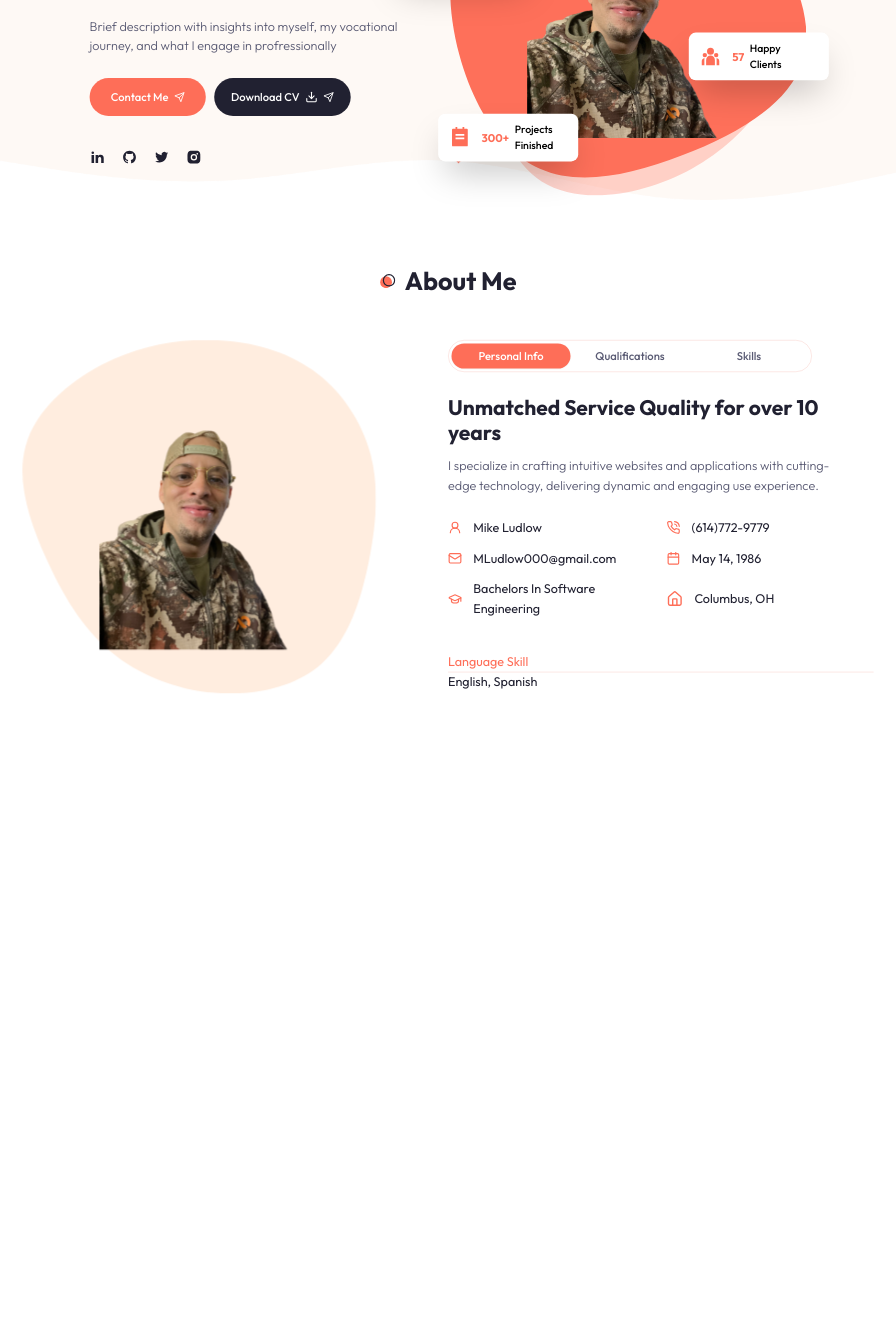
Repository: MikeeBuilds/mike-port
Page: /
The author's editor kept a copy of each file at every save. The page is drawn from the files as they stood at one save, then again after the next save.
The browser window is 1280 px wide. The pictures show the part of the page from y = 422 to 2342 px (the page is 5591 px tall), at 70% of full size.
The project was rebuilt for these pictures with package versions that can differ from the ones it lists, and the page was loaded fresh each time. The framework's server and built-in components were replaced by stand-ins that run in the browser. Also part of the build but not shown: next.config.js.

Above is the page before, as saved 2023-11-30 22:03:35.

### app/layout.jsx
import { Outfit } from 'next/font/google'
import './globals.css'
import Header from '@/components/Header'
import Footer from '@/components/Footer'
import { ThemeProvider } from '@/components/ThemeProvider'

const outfit = Outfit({ subsets: ['latin'] })

export const metadata = {
  title: 'Mike Ludlow | Dev',
  description: 'Generated by create next app',
}

export default function RootLayout({ children }) {
  return (
    <html lang="en" suppressHydrationWarning>
      <body className={outfit.className}
      >
        <ThemeProvider attribute="class" defaultTheme="light">
          <Header />
            {children}
          <Footer />
        </ThemeProvider>
      </body>
    </html>
  )
}

### app/page.jsx
import About from '@/components/About'
import Hero from '@/components/Hero'
import { main } from 'json'
import Image from 'next/image'

export default function Home() {
  return (
    <main>
      <Hero/>
      <About/>
    </main>
  )
}

### app/globals.css
@tailwind base;
@tailwind components;
@tailwind utilities;

@layer base {
  @layer base {
    :root {
      --background: 0 0% 100%;
      --foreground: 240 19% 16%;
      --card: 0 0% 100%;
      --card-foreground: 240 19% 16%;
      --popover: 0 0% 100%;
      --popover-foreground: 20 14.3% 4.1%;
      --primary: 8 99% 67%;
      --primary-foreground: 300 0% 100%;
      --secondary: 240 19% 16%;
      --secondary-foreground: 300 0% 100%;
      --tertiary: 27 82% 98%;
      --muted: 60 4.8% 95.9%;
      --muted-foreground: 237 13% 40%;
      --accent: 237 9% 96%;
      --accent-foreground: 24 9.8% 10%;
      --destructive: 0 84.2% 60.2%;
      --destructive-foreground: 60 9.1% 97.8%;
      --border: 8 82% 92%;
      --input: 8 82% 92%;
      --ring: 9 99% 67%;
      --radius: 1rem;
    }

    .dark {
      --background: 237 22% 20%;
      --foreground: 60 9.1% 97.8%;
      --card: 240 19% 16%;
      --card-foreground: 300 0% 100%;
      --popover: 20 14.3% 4.1%;
      --popover-foreground: 60 9.1% 97.8%;
      --primary: 8 99% 67%;
      --primary-foreground: 300 0% 100%;
      --secondary: 240 19% 16%;
      --secondary-foreground: 300 0% 100%;
      --tertiary: 237 22% 20%;
      --muted: 12 6.5% 15.1%;
      --muted-foreground: 237 13% 63%;
      --accent: 240 19% 16%;
      --accent-foreground: 300 0% 100%;
      --destructive: 0 72.2% 50.6%;
      --destructive-foreground: 60 9.1% 97.8%;
      --border: 237 22% 23%;
      --input: 237 22% 23%;
      --ring: 8 99% 67%;
    }
  }
}

@layer base {
  * {
    @apply border-border;
  }
  body {
    @apply bg-background text-foreground;
  }
}

.h1 {
  @apply text-6xl xl:text-[72px] xl:leading-[80px] tracking-[-2px] font-bold;
}

.h2 {
  @apply text-4xl font-bold;
}

.h3 {
  @apply text-3xl font-bold;
}

.h4 {
  @apply text-[22px] font-semibold;
}

.subtitle {
  @apply text-muted-foreground text-lg mb-8 font-light;

}
.section-title {
  @apply text-4xl font-bold relative w-max flex items-center justify-between gap-x-3
  before:bg-dots_light before:dark:bg-dots_dark before:bg-no-repeat before:bg-center
  before:w-[24px] before:h-[24px];
}

.badge {
  @apply z-10 w-[200px] h-[68px] bg-white dark:backdrop-blur-[44px] shadow-2xl p-4 rounded-[10px] flex items-center gap-x-4;
}

### components/Header.jsx
"use client";
import React, { useState, useEffect } from "react";

// components
import Logo from "./Logo";
import ThemeToggler from "./ThemeToggler";
import Nav from "./Nav";
import MobileNav from "./MobileNav";
import { usePathname } from "next/navigation";

const Header = () => {
  const [header, setHeader] = useState(false);
  const pathname = usePathname();

  useEffect(() => {
    const scrollYpos = window.addEventListener("scroll", () => {
      window.scrollY > 50 ? setHeader(true) : setHeader(false);
    });

    // remove event
    return () => window.removeEventListener("scroll", scrollYpos);
  });

  return (
    <header
      className={`${
        header
          ? "py-4 bg-white shadow-lg dark:bg-accent"
          : "py-6 dark:bg-transparent"
      } sticky top-0 z-30 transition-all ${pathname === '/' && 'bg-white'}`}
    >
      <div className="container mx-auto">
        <div className="flex justify-between items-center">
          <Logo />
          <div className="flex items-center gap-x-6">
            {/* nav */}
            <Nav
              containerStyles="hidden xl:flex gap-x-8 items-center"
              linkStyles="relative hover:text-primary transition-all"
              underlineStyles="absolute left-0 top-full h-[2px] bg-primary w-full"
            />
            <ThemeToggler />
            {/* mobile nav */}
            <div className="lg:hidden">
              <MobileNav />
            </div>
          </div>
        </div>
      </div>
    </header>
  );
};

export default Header;

### components/Footer.jsx

const Footer = () => {
  return (
    <footer>Footer</footer>
  )
}

export default Footer

### components/ThemeProvider.jsx
"use client"


import {
    ThemeProvider as NextThemesProvider
} from "next-themes";



export function ThemeProvider({ children, ...props}) {
    return <NextThemesProvider {...props}>{children}</NextThemesProvider>
}

### components/About.jsx
import DevImg from "./DevImg";
import image from "next/image";
import { Tabs, TabsContent, TabsList, TabsTrigger } from "@/components/ui/tabs";

import {
  User2,
  MailIcon,
  HomeIcon,
  PhoneCall,
  GraduationCap,
  Calendar,
  Briefcase,
} from "lucide-react";

const infoData = [
  {
    icon: <User2 size={20} />,
    text: "Mike Ludlow",
  },
  {
    icon: <PhoneCall size={20} />,
    text: "(614)772-9779",
  },
  {
    icon: <MailIcon size={20} />,
    text: "MLudlow000@gmail.com",
  },
  {
    icon: <Calendar size={20} />,
    text: "May 14, 1986",
  },
  {
    icon: <GraduationCap size={20} />,
    text: "Bachelors In Software Engineering",
  },
  {
    icon: <HomeIcon sizes={20} />,
    text: "Columbus, OH",
  },
];

const qualificationData = [
  {
    title: "education",
    data: [
      {
        university: "Columbus State Community College",
        qualification: "Bachelor Of Science",
        years: "2019-2024",
      },
      {
        university: "Learn Web3",
        qualification: "Ethereum Developer Degree",
        years: "2022-2023",
      },
      {
        university: "Alchemy University",
        qualification: "Learn Javascript",
        years: "2023",
      },
    ],
  },
  {
    title: "experience",
    data: [
      {
        company: "Takify AI Startup",
        qualification: "Software Developer",
        years: "2022-present",
      },
      // {
      //   company: 'Takify AI Startup',
      //   qualification: 'Software Developer',
      //   years: '2022-present'
      // },
      // {
      //   company: 'Takify AI Startup',
      //   qualification: 'Software Developer',
      //   years: '2022-present'
      // },
    ],
  },
];

const skillData = [
  {
    title: "skills",
    data: [
      {
        name: "HTML, CSS",
      },
      {
        name: "Front-end Development",
      },
      {
        name: "Javascript, PHP",
      },
      {
        name: "Back-end Development",
      },
    ],
  },
  {
    title: "tools",
    data: [
      {
        imgPath: "/about/vscode.svg",
      },
      {
        imgPath: "/about/figma.svg",
      },
      {
        imgPath: "/about/notion.svg",
      },
      {
        imgPath: "/about/wordpress.svg",
      },
    ],
  },
];

const About = () => {
  const getData = (arr, title) => {
    return arr.find((item) => item.title === title);
  };

  return (
    <section className="xl:h-[860px] pb-12 xl:py-24">
      <div className="container mx-auto">
        <h2 className="section-title mb-8 xl:mb-16 text-center mx-auto">
          About Me
        </h2>
        <div className="flex flex-col xl:flex-row">
          {/* iamge */}
          <div className="hidden xl:flex flex-1 relative">
            <DevImg
              containerStyles="bg-about_shape_light dark:bg-about_shape_dark w-[505px] h-[505px] bg-no-repeat relative"
              imgSrc="/about/developer.png"
            />
          </div>
          {/* tabs */}
          <div className="flex-1">
            <Tabs defaultValue="personal">
              <TabsList className="w-full grid xl:grid-cols-3 xl:max-w-[520px] xl:border dark:border-none">
                <TabsTrigger className="w-[162px] xl:w-auto" value="personal">
                  Personal Info
                </TabsTrigger>
                <TabsTrigger
                  className="w-[162px] xl:w-auto"
                  value="qualifications"
                >
                  Qualifications
                </TabsTrigger>
                <TabsTrigger className="w-[162px] xl:w-auto" value="skills">
                  Skills
                </TabsTrigger>
              </TabsList>
              {/* tabs content */}
              <div className="text-lg mt:12 xl:mt-8">
                {/* personal */}
                <TabsContent value="personal">
                  <div className="text-center xl:text-left">
                    <h3 className="h3 mb-4">
                      Unmatched Service Quality for over 10 years
                    </h3>
                    <p className="subtitle max-w-xl mx-auto xl:mx-0">
                      I specialize in crafting intuitive websites and
                      applications with cutting-edge technology, delivering
                      dynamic and engaging use experience.
                    </p>
                    {/* icons */}
                    <div className="grid xl:grid-cols-2 gap-4 mb-12">
                      {infoData.map((item, index) => {
                        return (
                          <div
                            className="flex items-center gap-x-4 mx-auto xl:mx-0"
                            key={index}
                          >
                            <div className="text-primary">{item.icon}</div>
                            <div>{item.text}</div>
                          </div>
                        );
                      })}
                    </div>
                    {/* Languages */}
                    <div className="">
                      <div className="text-primary">
                        Language Skill
                      </div>
                      <div className="border-b border-border"></div>
                      <div>English, Spanish</div>
                    </div>
                  </div>
                </TabsContent>
                <TabsContent value="qualifications">
                  qualifications info
                </TabsContent>
                <TabsContent value="skills">skills info</TabsContent>
              </div>
            </Tabs>
          </div>
        </div>
      </div>
    </section>
  );
};

export default About;

### components/Hero.jsx
import Link from "next/link";
import { Download, Send } from "lucide-react";
import { Button } from "./ui/button";

import {
  RiBriefcase4Fill,
  RiTeamFill,
  RiTodoFill,
  RiArrowDownSLine,
} from "react-icons/ri";

//components
import DevImg from "./DevImg";
import Badge from "./Badge";
import Socials from "./Socials";

const Hero = () => {
  return (
    <section className="py-12 xl:py-24 h-[84vh] xl:pt-28 bg-hero bg-no-repeat bg-bottom bg-cover dark:bg-none">
      <div className="flex justify-between gap-x-8">
        {/* text */}
        <div className="flex max-w-[600px] flex-col justify-center mx-auto xl:mx-32 text-center xl:text-left">
          <div className="text-sm uppercase font-semibold mb-4 text-primary tracking-[4px]">
            Software Developer
          </div>
          <h1 className="h1 mb-4">Hello, Im Mike Ludlow</h1>
          <p className="subtitle max-w-[490px] mx-auto xl:mx-0">
            Brief description with insights into myself, my vocational journey,
            and what I engage in profressionally
          </p>
          {/* buttons */}
          <div
            className="flex flex-col gap-y-3 md:flex-row gap-x-3 mx-auto
          xl:mx-0 mb-12"
          >
            <Link href="/contact">
              <Button className="gap-x-2">
                Contact Me <Send size={15} />
              </Button>
            </Link>
            <Button variant="secondary" className="gap-x-2">
              Download CV <Download size={18} /> <Send size={15} />
            </Button>
          </div>
          {/* socials */}
          <Socials
            containerStyles="flex gap-x-6 mx-auto xl:mx-0"
            iconStyles="text-foreground text-[22px] hover:text-primary transition-all"
          />
        </div>
        {/* image */}
        <div className="hidden xl:flex relative right-32">
          <Badge
            icon={<RiBriefcase4Fill />}
            endCountNum={2}
            badgeText="Years Of Experience"
            containerstyles="absolute top-[24%] -left-[5rem]"
          />
          {/* badge 2 */}
          <Badge
            icon={<RiTodoFill />}
            endCountNum={30}
            endCountText='0+'
            badgeText="Projects Finished"
            containerstyles="absolute top-[80%] -left-[1rem]"
          />
          {/* badge 3 */}
          <Badge
            icon={<RiTeamFill />}
            endCountNum={5}
            endCountText='7'
            badgeText="Happy Clients"
            containerstyles="absolute top-[55%] -right-8"
          />
          <div className="bg-hero_shape2_light dark:bg-hero_shape2_dark w-[500px] h-[500px] bg-no-repeat absolute -top-1 -right-8"></div>
          <DevImg
            containerStyles="bg-hero_shape w-[510px] h-[462px] bg-no-repeat relative bg-bottom"
            imgSrc="/hero/developer.png"
          />
        </div>
        {/* icon */}
        <div className="hidden md:flex absolute left-2/4 bottom-44 xl:bottom-12 animate-bounce">
          <RiArrowDownSLine className="text-3xl text-primary" />
        </div>
      </div>
    </section>
  );
};

export default Hero;

### components/Logo.jsx
import Link from "next/link";
import Image from "next/image";


const Logo = () => {
  return (
    <Link href="/">
        <Image src='/logo.svg' width={54} height={54} priority alt="logo"/>
    </Link>
  )
}

export default Logo

### components/ThemeToggler.jsx
"use client";

import { Button } from "./ui/button";
import { MoonIcon, SunIcon } from "@radix-ui/react-icons";
import { useTheme } from "next-themes";

const ThemeToggler = () => {
  const { theme, setTheme } = useTheme();
  return (
    <Button variant='outline' size="outline" onClick={() => setTheme(theme === 'dark' ? 'light' : 'dark')}>
      <SunIcon
        className="h-[1.2rem] w-[1.2rem] rotate-0 scale-100 transition-all
      dark:rotate-90 dark:scale-0"
      />
      <MoonIcon
        className="absolute h-[1.2rem] w-[1.2rem] rotate-90 scale-0 transition-all
       dark:rotate-0 dark:scale-100"
      />
    </Button>
  );
};

export default ThemeToggler;

### components/Nav.jsx
import Link from "next/link";

//next hooks
import { usePathname } from "next/navigation";

//framer motion
import { motion } from "framer-motion";

const links = [
  { path: "/", name: "home" },
  { path: "/projects", name: "my projects" },
  { path: "/contact", name: "contact" },
];

const Nav = ({ containerStyles, linkStyles, underlineStyles }) => {
  const path = usePathname();
  return (
    <nav className={`${containerStyles}`}>
      {links.map((link, index) => {
        return (
          <Link
            href={link.path}
            key={index}
            className={`capitalize ${linkStyles}`}
          >
            {link.path === path && (
              <motion.span
                initial={{ y: "-100%" }}
                animate={{ y: 0 }}
                transition={{ type: "tween" }}
                layoutId="underline"
                className={`${underlineStyles}`}
              />
            )}
            {link.name}
          </Link>
        );
      })}
    </nav>
  );
};

export default Nav;

### components/MobileNav.jsx
import { Sheet, SheetContent, SheetTrigger } from "@/components/ui/sheet";
import { AlignJustify } from "lucide-react";

import Nav from "./Nav";
import Logo from "./Logo";
import Socials from "./Socials";

const MobileNav = () => {
  return (
    <Sheet>
      <SheetTrigger asChild>
        <AlignJustify className="cursor-pointer" />
      </SheetTrigger>
      <SheetContent>
        <div className="flex flex-col items-center justify-between h-full py-8">
          <div className="flex flex-col items-center gap-y-32">
            <Logo />
            <Nav
              containerStyles="flex flex-col items-center gap-y-6"
              linkStyles="text-2xl"
            />
          </div>
            <Socials containerStyles='flex gap-x-4' iconStyles='text-2xl'/>
        </div>
      </SheetContent>
    </Sheet>
  );
};

export default MobileNav;

### components/DevImg.jsx
import Image from "next/image";

const DevImg = ({ containerStyles, imgSrc }) => {
  return <div className={`${containerStyles}`}>
    <Image src={imgSrc} fill priority alt="" />
  </div>;
};

export default DevImg;

### components/ui/tabs.jsx
"use client";

import * as React from "react";
import * as TabsPrimitive from "@radix-ui/react-tabs";

import { cn } from "@/lib/utils";

const Tabs = TabsPrimitive.Root;

const TabsList = React.forwardRef(({ className, ...props }, ref) => (
  <TabsPrimitive.List
    ref={ref}
    className={cn(
      "inline-flex items-center justify-center xl:bg-white p-1 text-muted-foreground rounded-[30px] dark:md:bg-secondary",
      className
    )}
    {...props}
  />
));
TabsList.displayName = TabsPrimitive.List.displayName;

const TabsTrigger = React.forwardRef(({ className, ...props }, ref) => (
  <TabsPrimitive.Trigger
    ref={ref}
    className={cn(
      "inline-flex items-center justify-center whitespace-nowrap rounded-full px-3 py-1.5 text-base font-medium ring-offset-background transition-all focus-visible:outline-none focus-visible:ring-2 focus-visible:ring-ring focus-visible:ring-offset-2 disabled:pointer-events-none disabled:opacity-50 data-[state=active]:bg-primary data-[state=active]:text-white data-[state=active]:shadow-sm ",
      className
    )}
    {...props}
  />
));
TabsTrigger.displayName = TabsPrimitive.Trigger.displayName;

const TabsContent = React.forwardRef(({ className, ...props }, ref) => (
  <TabsPrimitive.Content
    ref={ref}
    className={cn(
      "mt-2 ring-offset-background focus-visible:outline-none focus-visible:ring-2 focus-visible:ring-ring focus-visible:ring-offset-2",
      className
    )}
    {...props}
  />
));
TabsContent.displayName = TabsPrimitive.Content.displayName;

export { Tabs, TabsList, TabsTrigger, TabsContent };

### components/ui/button.jsx
import * as React from "react"
import { Slot } from "@radix-ui/react-slot"
import { cva } from "class-variance-authority";

import { cn } from "@/lib/utils"

const buttonVariants = cva(
  "inline-flex items-center justify-center whitespace-nowrap rounded-full text-base font-medium ring-offset-background transition-colors focus-visible:outline-none focus-visible:ring-2 focus-visible:ring-ring focus-visible:ring-offset-2 disabled:pointer-events-none disabled:opacity-50",
  {
    variants: {
      variant: {
        default: "bg-primary text-primary-foreground hover:bg-primary/90",
        destructive:
          "bg-destructive text-destructive-foreground hover:bg-destructive/90",
        outline:
          "border border-input bg-background hover:bg-accent hover:text-accent-foreground",
        secondary:
          "bg-secondary text-secondary-foreground hover:bg-secondary/80",
        ghost: "hover:bg-accent hover:text-accent-foreground",
        link: "text-primary underline-offset-4 hover:underline",
      },
      size: {
        default: "h-[54px] px-6 py-2 min-w-[166px]",
        sm: "h-9 rounded-md px-3",
        lg: "h-11 rounded-md px-8",
        icon: "h-10 w-10",
      },
    },
    defaultVariants: {
      variant: "default",
      size: "default",
    },
  }
)

const Button = React.forwardRef(({ className, variant, size, asChild = false, ...props }, ref) => {
  const Comp = asChild ? Slot : "button"
  return (
    (<Comp
      className={cn(buttonVariants({ variant, size, className }))}
      ref={ref}
      {...props} />)
  );
})
Button.displayName = "Button"

export { Button, buttonVariants }

### components/Badge.jsx
"use client"
import CountUp from 'react-countup';

const Badge = ({
  containerstyles,
  icon,
  endCountNum,
  endCountText,
  badgeText
}) => {
  return <div className={`badge ${containerstyles}`}>
    <div className='text-3xl text-primary'>{icon}</div>
    <div className='flex items-center gap-x-2'>
      <div className='text-4-xl leading-none font-bold text-primary'>
        <CountUp end={endCountNum} delay={1} duration={4}/>
        {endCountText}
      </div>
      <div className='max-w-[70px] leadin-none text-[15px] font-medium text-black'>{badgeText}</div>
    </div>
  </div>;
};

export default Badge;

### components/Socials.jsx
'use client'

import {
  RiLinkedinFill,
  RiGithubFill,
  RiTwitterFill,
  RiInstagramFill
} from 'react-icons/ri';

import Link from 'next/link';

const icons = [
  {
    path: '/',
    name: <RiLinkedinFill />,
  },
  {
    path: '/',
    name: <RiGithubFill />,
  },{
    path: '/',
    name: <RiTwitterFill />,
  },{
    path: '/',
    name: <RiInstagramFill />,
  },
]


import React from "react";

const Socials = ({ containerStyles, iconStyles}) => {
  return <div className={`${containerStyles}`}>
    {icons.map((icon, index) => {
      return <Link href={icon.path} key={index}>
        <div className={`${iconStyles}`}>
          {icon.name}
        </div>
      </Link>
    })}
  </div>;
};

export default Socials;

Loaded but not shown: lib/utils.js (common file); tailwind.config.js (90 lines, source omitted); app/template.js (36 lines, source omitted); hooks/useScrollProgress.js (25 lines, source omitted); components/ui/sheet.jsx (109 lines, source omitted)

After the next save:
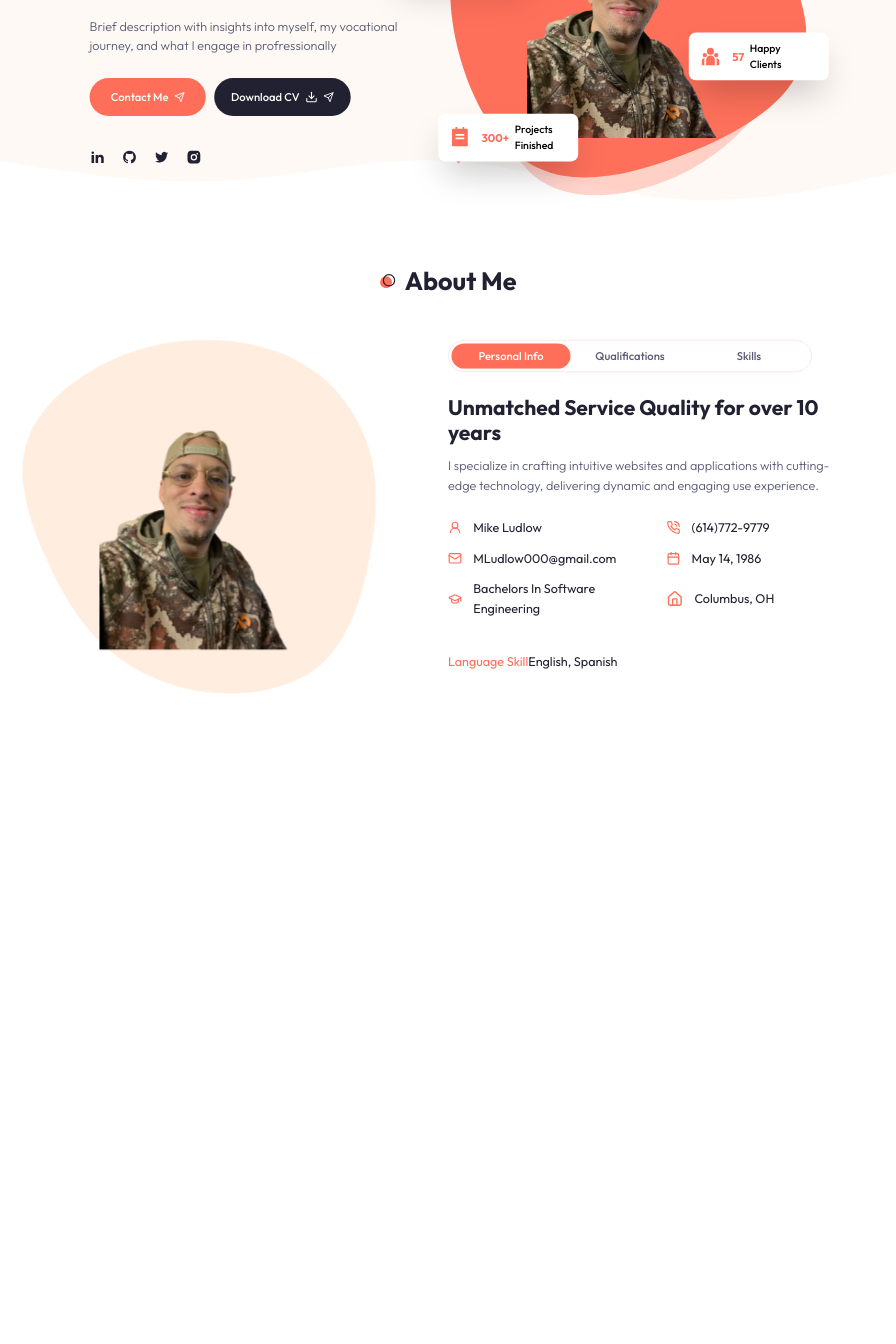
Saved 4 s later.
--- a/components/About.jsx
+++ b/components/About.jsx
@@ -183,7 +183,7 @@ const About = () => {
                       })}
                     </div>
                     {/* Languages */}
-                    <div className="">
+                    <div className="flex lfex-col">
                       <div className="text-primary">
                         Language Skill
                       </div>
